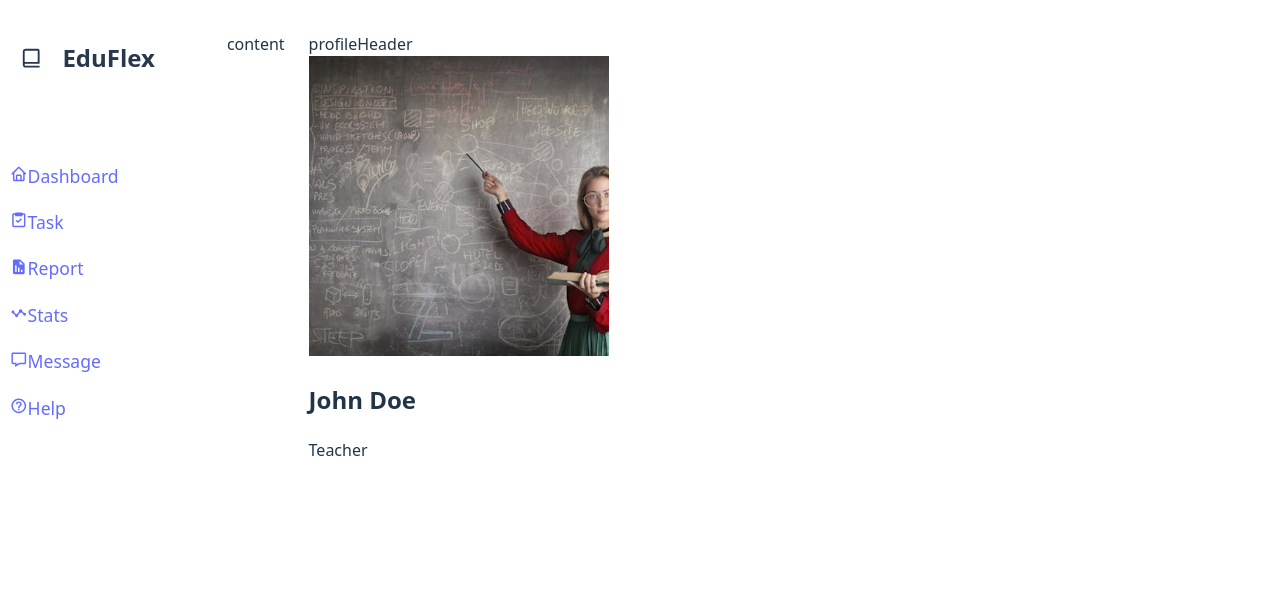
Repository: gogg23/react-dash
Page: /
An editor plug-in stored every save of this project. The page is shown before and after the next save, followed by the edit.
The browser window is 1280 px wide. The pictures show the whole page.
The project was rebuilt for these pictures with package versions that can differ from the ones it lists, and the page was loaded fresh each time. Also part of the build but not shown: vite.config.js.

Above is the page before, as saved 2025-04-05 16:06:25.

After the next save:
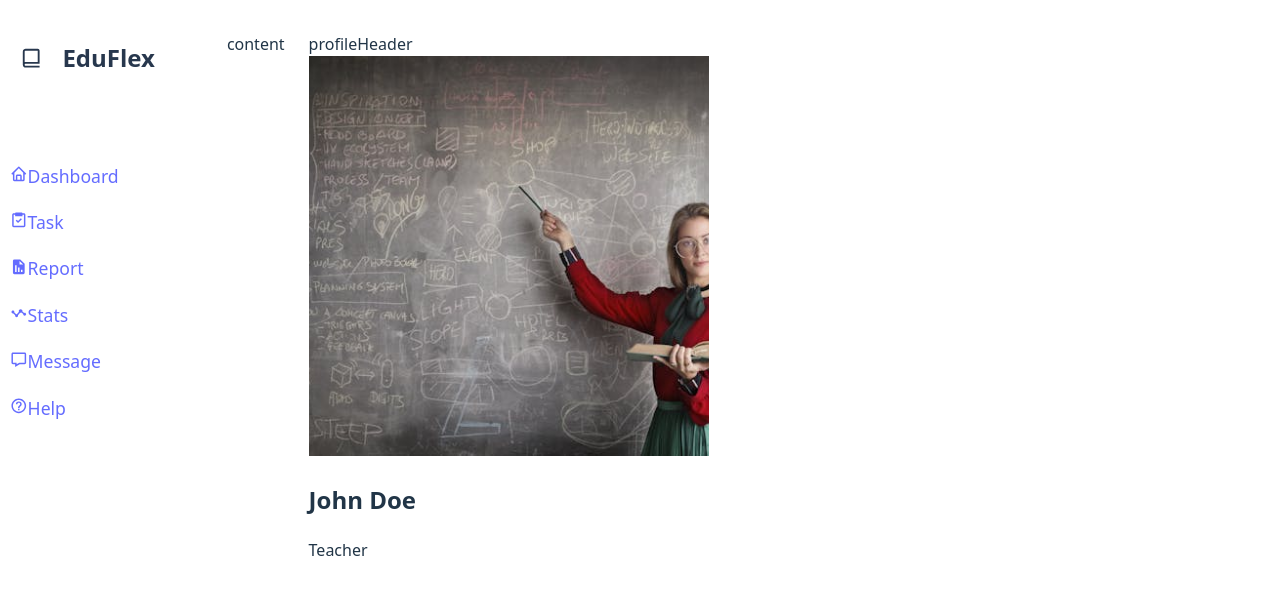
Saved 7 min 12 s later.
--- a/src/components/Profile.jsx
+++ b/src/components/Profile.jsx
@@ -13,8 +13,8 @@ const Profile = () => {
           src={Image1}
           alt='Profile'
           style={{
-            width: '300px',
-            height: '300px',
+            width: '400px',
+            height: '400px',
 
             objectFit: 'cover',
           }}
